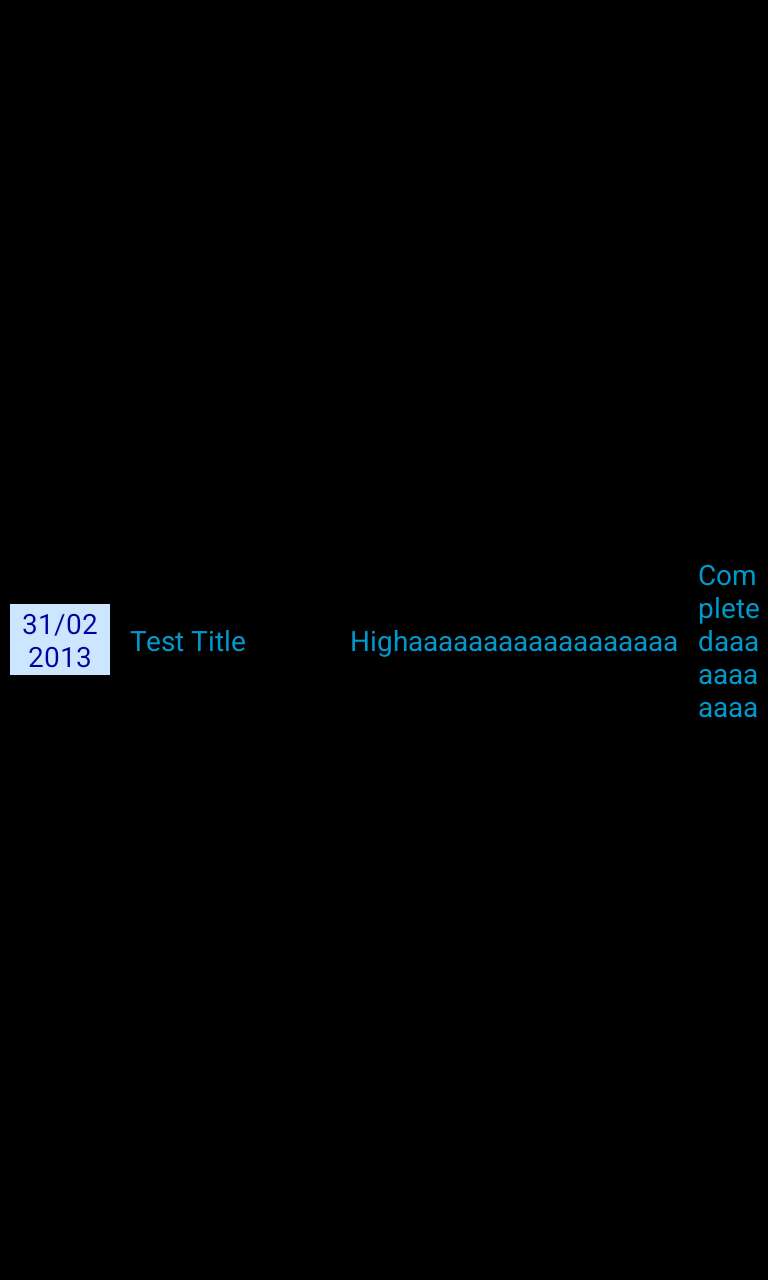
Repository: titango/androidass1
Layout: uTask/res/layout/task_list_item.xml
An editor plug-in stored every save of this project. The layout is shown before and after the next save, followed by the edit.
It is drawn on a 768 x 1280 px phone screen (xhdpi) without system bars, with theme NoActionBar; the app's code is not run.

Above is the layout before, as saved 2013-03-31 23:40:50.

After the next save:
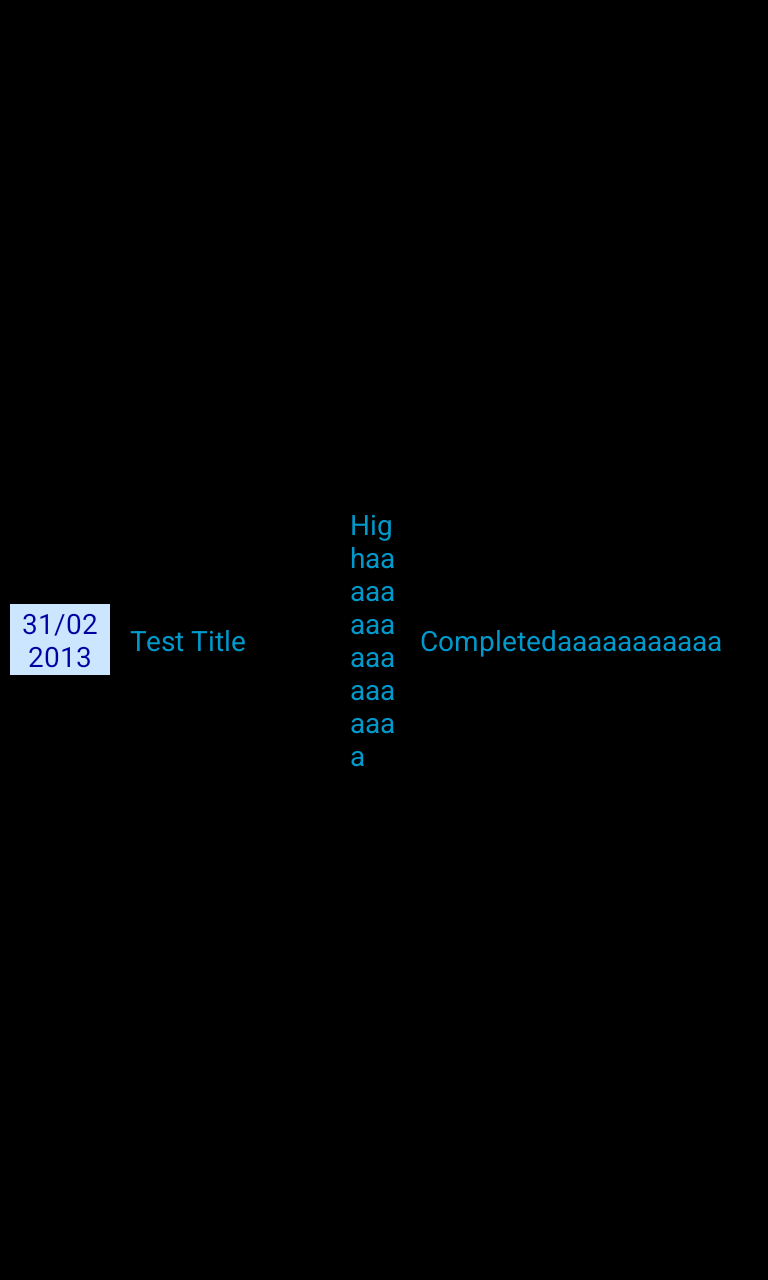
Saved 7 s later.
--- a/uTask/res/layout/task_list_item.xml
+++ b/uTask/res/layout/task_list_item.xml
@@ -28,7 +28,7 @@
 
     <TextView
         android:id="@+id/task_list_item_priority"
-        android:layout_width="wrap_content"
+        android:layout_width="25dp"
         android:layout_height="wrap_content"
         android:layout_marginLeft="10dp"
         android:text="Highaaaaaaaaaaaaaaaaaa"
